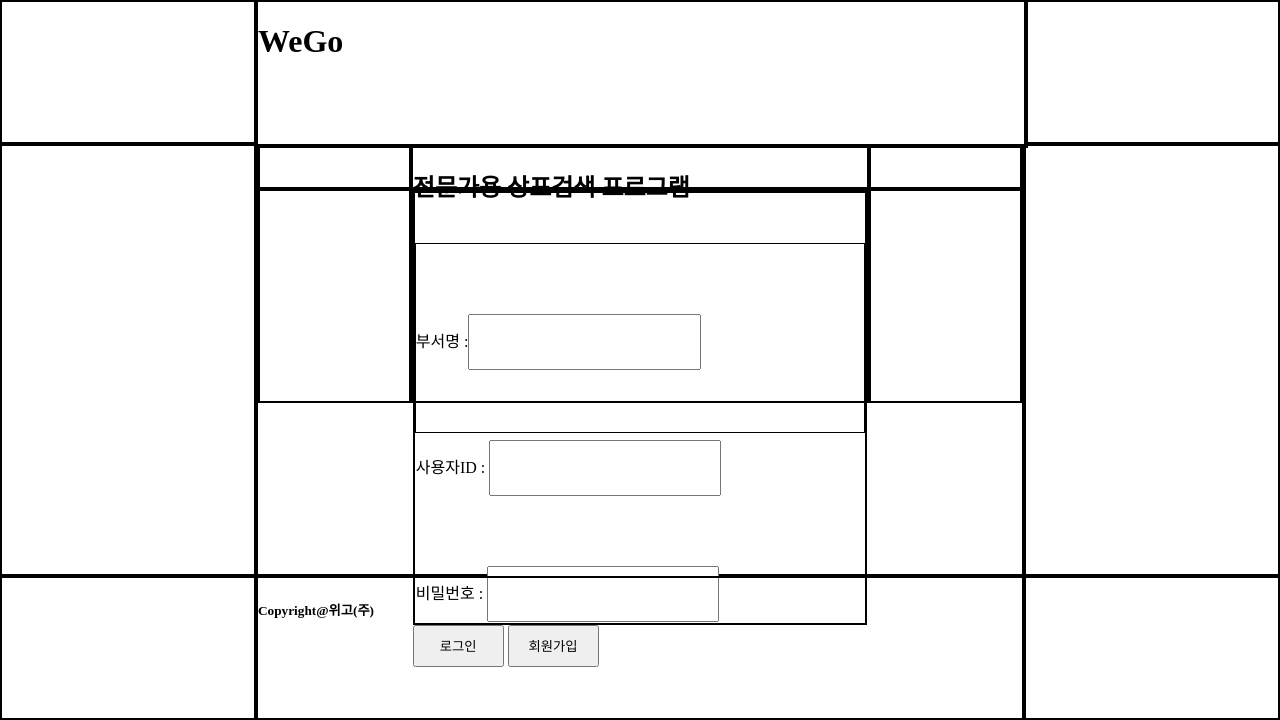
Repository: hamuse/wego1
Page: http://localhost/teamW1/facade.do
The author's editor kept a copy of each file at every save. The page is drawn from the files as they stood at one save, then again after the next save.
The browser window is 1280 px wide. The pictures show the whole page.
Some web libraries are served in a nearby version. The page is served by Tomcat 9. Other server files are loaded and not shown.

Above is the page before, as saved 2019-10-07 11:03:59.

### teamW1/WebContent/WEB-INF/views/facade/main.jsp
<%@ page language="java" contentType="text/html; charset=UTF-8"
   pageEncoding="UTF-8"%>
<%@ taglib prefix="c" uri="http://java.sun.com/jsp/jstl/core" %>
<jsp:include page="../common/head.jsp"/>
<div class="container">
<div></div><div><h2>전문가용 상표검색 프로그램</h2></div><div></div>
<div></div>

<div class="content">
<c:choose>
    <c:when test="${page eq 'login'}">
    <jsp:include page="login.jsp"/>
    </c:when>
    <c:when test="${page eq 'join'}">
    <jsp:include page="join.jsp"/>
    </c:when>
</c:choose>
</div>
<div></div>
</div>
<jsp:include page="../common/foot.jsp"/>

### teamW1/WebContent/WEB-INF/views/common/head.jsp
<%@ page language="java" contentType="text/html; charset=UTF-8"
    pageEncoding="UTF-8"%>
<!doctype html>
<html lang="en">
<head>
	<meta charset="UTF-8" />
	<title>Document</title>
	<script src='http://ajax.googleapis.com/ajax/libs/jquery/1.11.3/jquery.min.js'></script>
	<script src="${js}/app.js"></script>
	<link rel="stylesheet" type="text/css" href="${css}/style.css"></link>
</head>
<body>
<div class="wrapper" style="width: 100%; height:100%">
<div></div><div id="wego"><h1>WeGo</h1></div><div></div>
<div></div>

### teamW1/WebContent/WEB-INF/views/facade/login.jsp
<%@ page language="java" contentType="text/html; charset=UTF-8"
   pageEncoding="UTF-8"%>
<form id="login_form">
<div id="login_tab">
    <div class="login_tab_item_1">
  부서명 :<input id="d_Name" class="input_text" type="text" name="dName"/><br/>
  사용자ID : <input id="userName" class="input_text" type="text" name="empNo"/><br/>
  비밀번호 : <input id="userPw" class="input_text" type="text" name="eName"/><br/>
    </div>
</div>
    <input type="hidden" name="action" value="login" />
    <input type="hidden" name="page" value="mypage" />
    <input id="login_btn" type="button" value="로그인"/>
    <input id="join_btn" type="button" value="회원가입"/>
</form>
<script>
/*$('#login_btn').click(function(){
    alert('쫌!!!!떠라!!!!');
}); */
app.init('${ctx}');
</script>

### teamW1/WebContent/WEB-INF/views/common/foot.jsp
<%@ page language="java" contentType="text/html; charset=UTF-8"
    pageEncoding="UTF-8"%>

<div></div><div></div><div><h5>Copyright@위고(주)</h5></div>
<div></div>

</body>
</html>

### teamW1/src/com/web/team1/controllers/FacadeController.java
package com.web.team1.controllers;

import java.io.IOException;
import javax.servlet.ServletException;
import javax.servlet.annotation.WebServlet;
import javax.servlet.http.HttpServlet;
import javax.servlet.http.HttpServletRequest;
import javax.servlet.http.HttpServletResponse;

import com.web.team1.pool.Constants;

@WebServlet("/facade.do")
public class FacadeController extends HttpServlet {
	private static final long serialVersionUID = 1L;

	enum Resources {
		CTX, CSS, JS, IMG
	}
	protected void service(HttpServletRequest request, HttpServletResponse response) throws ServletException, IOException {
		for(Resources r : Resources.values()) {
			System.out.println("퍼사드>>>>>"+r.toString().toLowerCase());
//			    request.getSession().setAttribute(r.toString().toLowerCase(), request.getContextPath()+"/resources/"+r.toString().toLowerCase());
			    request.getSession().setAttribute(r.toString().toLowerCase(), request.getContextPath()+((r.toString().toLowerCase().equals("ctx"))
			    		?"" : "/resources/"+r.toString().toLowerCase()));
		}
		if(request.getParameter("page")==(null)) {
		request.setAttribute("page","login");
	}else {
		request.setAttribute("page", request.getParameter("page"));
		}
	request.getRequestDispatcher(
				String.format(Constants.DOUBLE_PATH,
						request.getServletPath().substring(1,request.getServletPath().indexOf(".")),
						"main"))
		.forward(request,response);
//		System.out.println("야 퍼사드로 들어오냥?");
//		 request
//		  .getRequestDispatcher(
//				  String.format(Constants.DOUBLE_PATH,request.getServletPath().substring(1,request.getServletPath().indexOf(".")),
//						  "login"))
//		  .forward(request, response);

	}
}

### teamW1/WebContent/resources/js/app.js
var app= (()=>{
    return{
        init : (ctx)=>{
            $('#login_btn').click(()=>{
                alert('로그인!!!!!!');
                location.assign(ctx+'/login.do?action=login&page=mypage');
            });
            $('#join_btn').click(()=>{
                alert('회원가입 이동');
                location.assign(ctx+'/facade.do?action=move&page=join');
            });
            btn.login2(ctx);
            btnjoin.joinbtn(ctx);
        }

    };
})();
var member = (()=>{
    var _dName,_deptNo,_eName,_empNo,_dName,_job,_mgr,_hireDate,_comm;
    var setEmpNo = (empNo)=>{this._empNo = empNo;}
    var setEName = (eName)=>{this._eName = eName;}
    var setDName = (dName)=>{this._dName = dName;}
    var getEmpNo = ()=>{return this._setEmpNo;}
    var getEName = ()=>{return this._setEName;}
    var getDName = ()=>{return this._setDName;}
    return{
        setEmpNo : setEmpNo,setEName : setEName,setDName : setDName,
        getEmpNo : getEmpNo,getEName : getEName,getDName : getDName
    };
})();
var btn= (()=>{
	return{
		 login2 : (ctx)=>{
			   $('#login_btn').click(()=>{
	            	if($('#d_Name').val()===''||$('#empNo').val()===''||
	            			$('#eName').val()===''){
	            		alert('필수값이 없습니다')}
	            		else{
	            			alert('입력한 아이디 값: '+$('#empNo').val());
	            			$('#login_form')
	            			$('#login_form').attr('action', ctx+'/login.do');
	            			$('#login_form').attr('method','POST');
	            			$('#login_form').submit();
	            		}
	            });
		 }
	};
})();

var btnjoin=(()=>{
	return{
		joinbtn : (ctx)=>{
			$('#join_btn1').click(()=>{
				alert('회원가입!!!됐냐?!!!');
				$('#join_form').attr('action',ctx+'/login.do');
				$('#join_form').submit();

			});
		}
	};
})();

### teamW1/WebContent/resources/css/style.css
@charset "UTF-8";
html, body{
	margin: 0;
	height: 100%;
	overflow: hidden;
}
.wrapper{
	display: grid;
	width: 100%
	height: 100%;
	grid-template-columns: 20% 60% 20%;
	grid-template-rows: 20% 60% 20%;
}
.wrapper div{
	border: 2px solid black;
}
.container{
	display: grid;
	width: 100%
	height: 100%;
	grid-template-columns: 20% 60% 20%;
	grid-template-rows: 10% 50% 10%;
}
.container div{
	border : 2px solid black;
}
#login_tab{
	display: grid;
	width: 100%
	height: 80%
	grid-template-columns: 50% 50%;
	grid-template-rows: 50% 50%;
	margin: 0 auto;
	padding-top: 50px;
}
#join_form{width: 100%; height: 100%}
#login_form{width: 100%; height: 100%}
#login_tab div{border : 1px solid black;}
.login_tab_item_1{grid-column: 1/5;}
#wego{width: 100%;height: 100%;}
#login_btn{width: 20%; height: 20%}
#join_btn{width: 20%; height: 20%}
.input_text{width: 50%; height: 50px; margin-top: 70px}

After the next save:
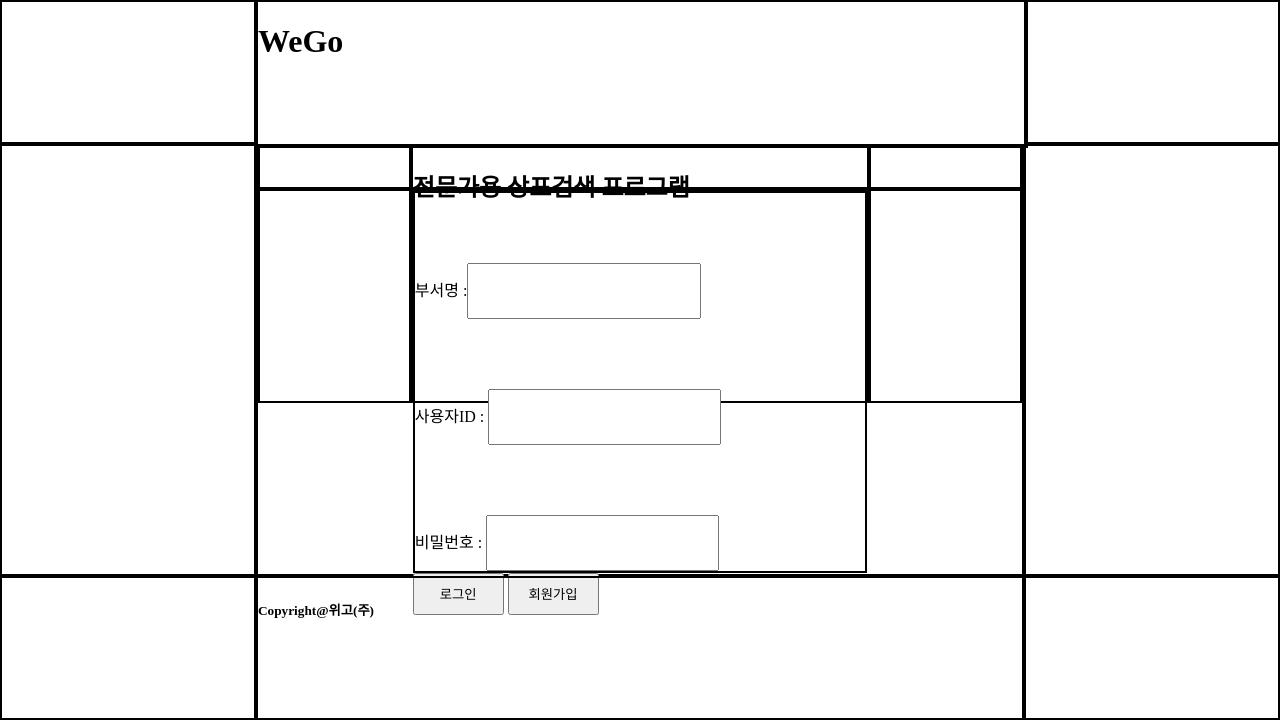
Saved 2 min 51 s later.
--- a/teamW1/WebContent/WEB-INF/views/facade/login.jsp
+++ b/teamW1/WebContent/WEB-INF/views/facade/login.jsp
@@ -1,21 +1,19 @@
 <%@ page language="java" contentType="text/html; charset=UTF-8"
    pageEncoding="UTF-8"%>
 <form id="login_form">
-<div id="login_tab">
-    <div class="login_tab_item_1">
+
+<div class="login_tab_item_1">
   부서명 :<input id="d_Name" class="input_text" type="text" name="dName"/><br/>
   사용자ID : <input id="userName" class="input_text" type="text" name="empNo"/><br/>
   비밀번호 : <input id="userPw" class="input_text" type="text" name="eName"/><br/>
-    </div>
 </div>
+
     <input type="hidden" name="action" value="login" />
     <input type="hidden" name="page" value="mypage" />
     <input id="login_btn" type="button" value="로그인"/>
     <input id="join_btn" type="button" value="회원가입"/>
 </form>
 <script>
-/*$('#login_btn').click(function(){
-    alert('쫌!!!!떠라!!!!');
-}); */
+
 app.init('${ctx}');
 </script>
